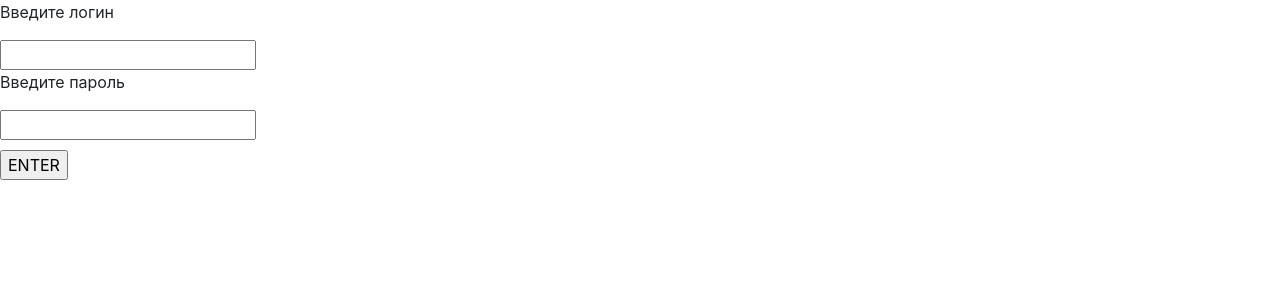
Repository: sMoonBeam/Labs
Page: MyList/WebContent/index.html
These files come from the project's save history. The page is drawn as it stood at one moment and after the next save; the edit follows.
The browser window is 1280 px wide. The pictures show the whole page.

Above is the page before, as saved 2019-10-16 20:42:22.

After the next save:
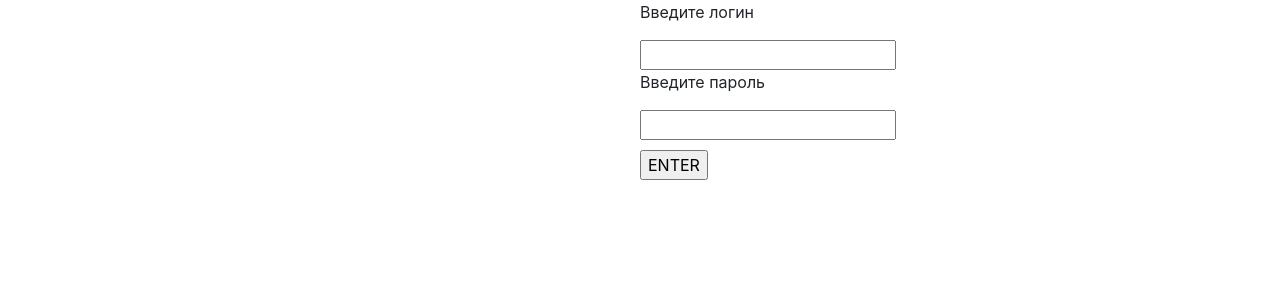
Saved 12 s later.
--- a/MyList/WebContent/index.html
+++ b/MyList/WebContent/index.html
@@ -7,7 +7,7 @@
 <link href="https://stackpath.bootstrapcdn.com/bootstrap/4.3.1/css/bootstrap.min.css" rel="stylesheet">
 </head>
 <body>
-	<form  action="mylist" method="POST" style="justify-content:center;">
+	<form  action="mylist" method="POST" style="margin-left: 50%;">
 		<p>Введите логин</p>
 		<input type="text" name="login" required/>
 		<p>Введите пароль</p>
